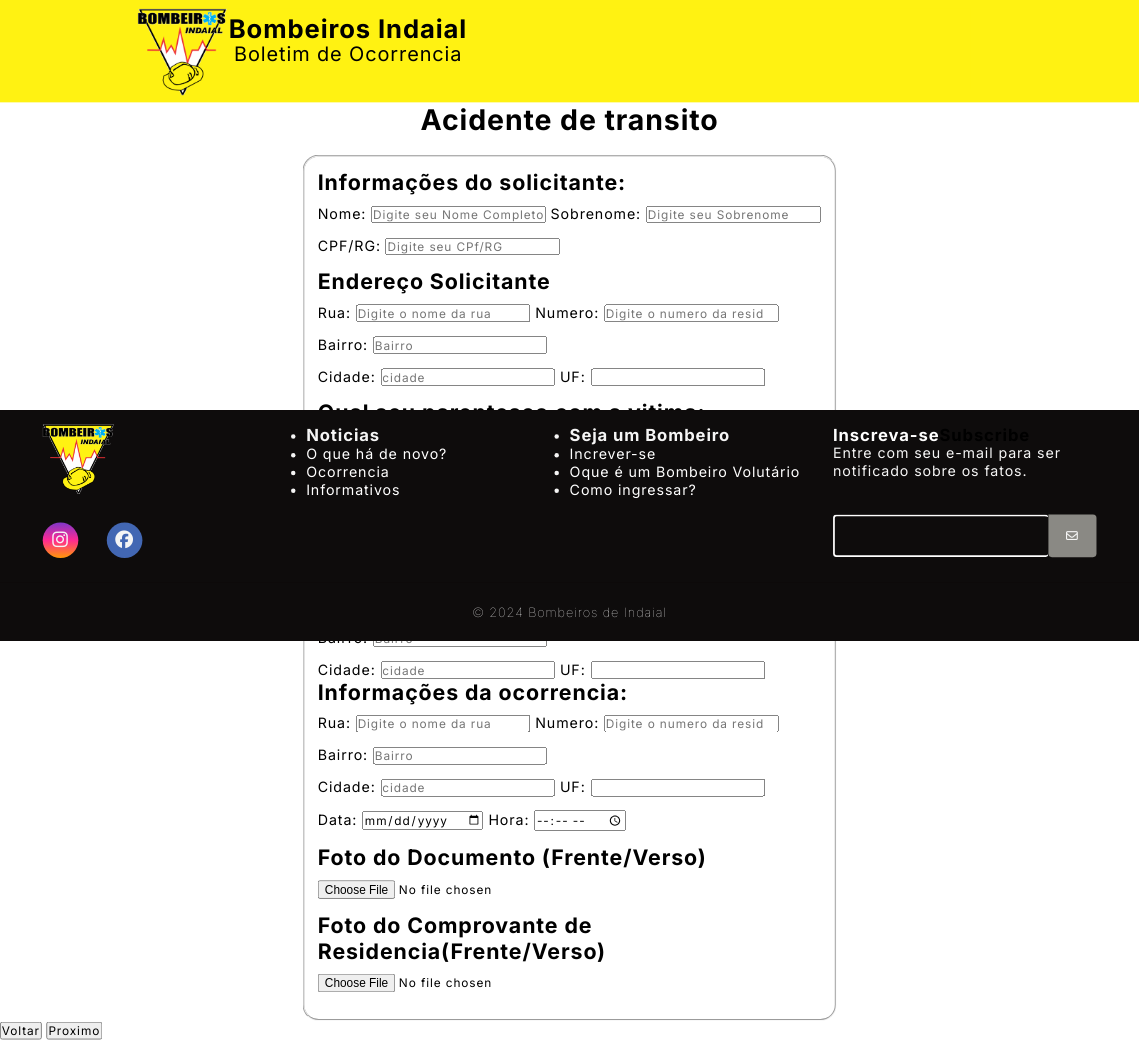
Repository: ThaylonKnopf/ProjetoBV
Page: AcidenteTransito/transitoparente/Form.html
The author's editor kept a copy of each file at every save. The page is drawn from the files as they stood at one save, then again after the next save.
The browser window is 1280 px wide. The pictures show the whole page, at 89% of full size.

Above is the page before, as saved 2024-04-08 11:41:13.

After the next save:
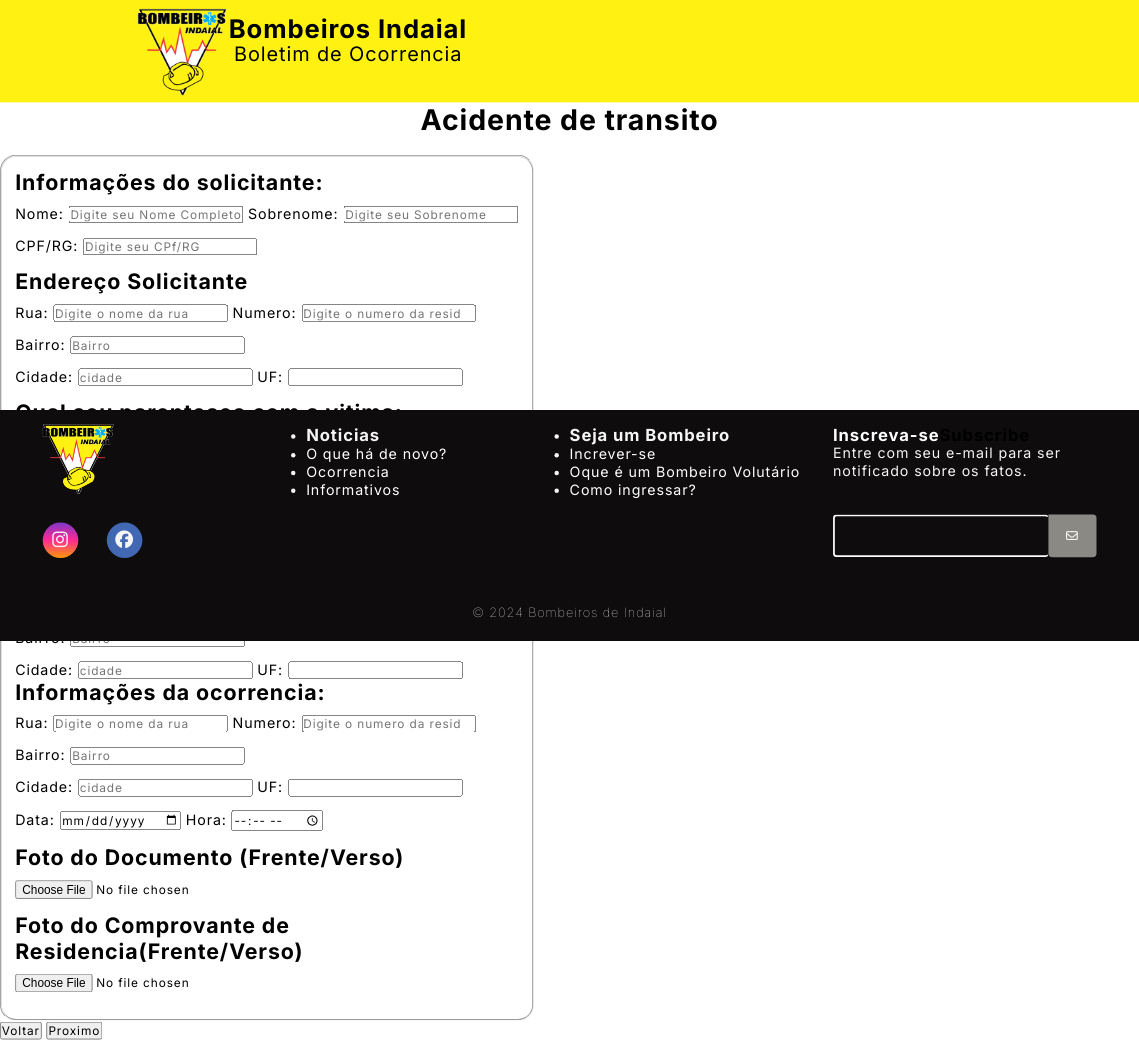
Saved 13 s later.
--- a/AcidenteTransito/transitoparente/estilo-fato.css
+++ b/AcidenteTransito/transitoparente/estilo-fato.css
@@ -29,7 +29,7 @@
 
 form{
     max-width: 600px;
-    margin: auto;
+    margin: 0px ;
 }
 fieldset{
     border-radius: 18px;
